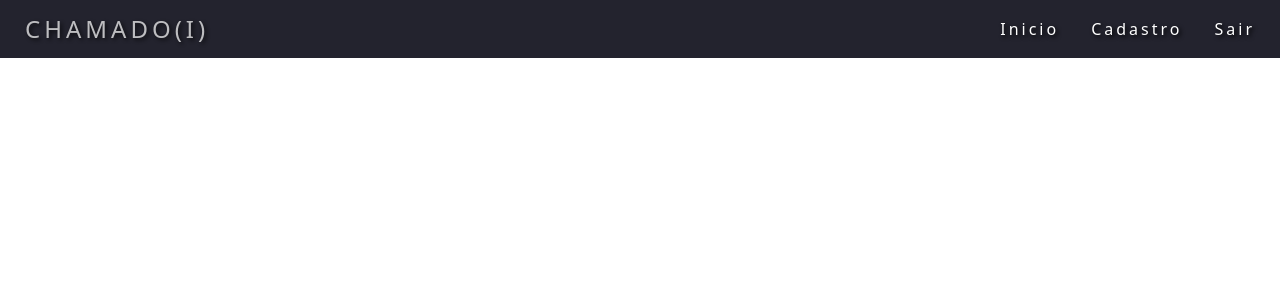
Repository: isaquemc2001/isaque-utilities
Page: index.html
The author's editor kept a copy of each file at every save. The page is drawn from the files as they stood at one save, then again after the next save.
The browser window is 1280 px wide. The pictures show the whole page.

Above is the page before, as saved 2021-10-28 11:47:05.

After the next save:
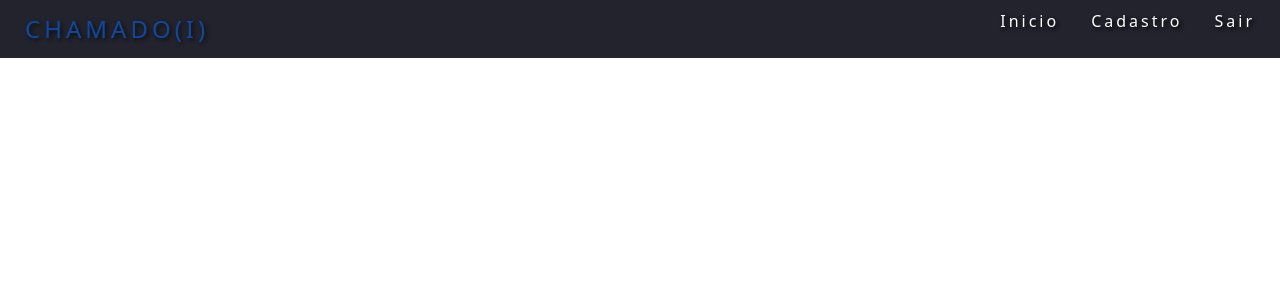
Saved 17 s later.
--- a/index.html
+++ b/index.html
@@ -6,7 +6,11 @@
     <meta http-equiv="X-UA-Compatible" content="IE=edge">
     <meta name="viewport" content="width=device-width, initial-scale=1.0">
     <title>Chamado</title>
-
+    <script src="https://cdn.jsdelivr.net/npm/bootstrap@5.0.2/dist/js/bootstrap.bundle.min.js"
+        integrity="sha384-MrcW6ZMFYlzcLA8Nl+NtUVF0sA7MsXsP1UyJoMp4YLEuNSfAP+JcXn/tWtIaxVXM"
+        crossorigin="anonymous"></script>
+    <link href="https://cdn.jsdelivr.net/npm/bootstrap@5.0.2/dist/css/bootstrap.min.css" rel="stylesheet"
+        integrity="sha384-EVSTQN3/azprG1Anm3QDgpJLIm9Nao0Yz1ztcQTwFspd3yD65VohhpuuCOmLASjC" crossorigin="anonymous">
     <link rel="stylesheet" href="style.css">
 </head>
 

After the save that followed:
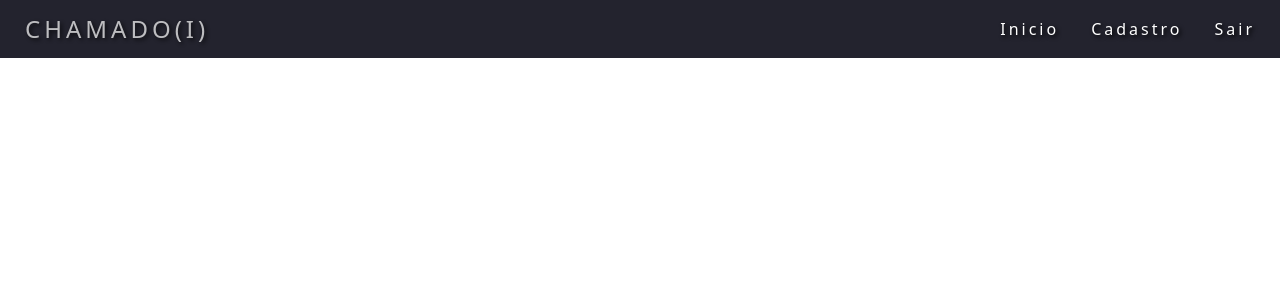
Saved 44 s later.
--- a/index.html
+++ b/index.html
@@ -9,8 +9,7 @@
     <script src="https://cdn.jsdelivr.net/npm/bootstrap@5.0.2/dist/js/bootstrap.bundle.min.js"
         integrity="sha384-MrcW6ZMFYlzcLA8Nl+NtUVF0sA7MsXsP1UyJoMp4YLEuNSfAP+JcXn/tWtIaxVXM"
         crossorigin="anonymous"></script>
-    <link href="https://cdn.jsdelivr.net/npm/bootstrap@5.0.2/dist/css/bootstrap.min.css" rel="stylesheet"
-        integrity="sha384-EVSTQN3/azprG1Anm3QDgpJLIm9Nao0Yz1ztcQTwFspd3yD65VohhpuuCOmLASjC" crossorigin="anonymous">
+
     <link rel="stylesheet" href="style.css">
 </head>
 
